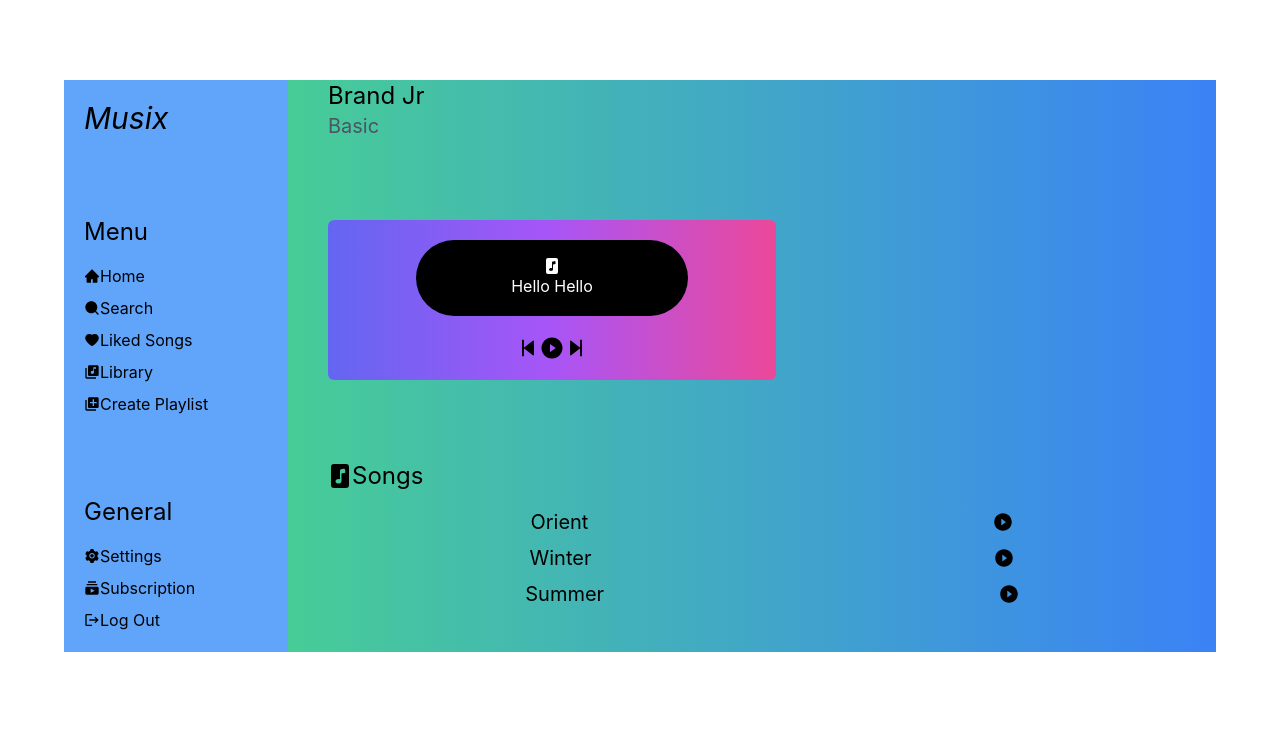
Repository: brandford7/music-player
Page: /
These files come from the project's save history. The page is drawn as it stood at one moment and after the next save; the edit follows.
The browser window is 1280 px wide. The pictures show the whole page.
The project was rebuilt for these pictures with package versions that can differ from the ones it lists, and the page was loaded fresh each time. The framework's server and built-in components were replaced by stand-ins that run in the browser. Also part of the build but not shown: next.config.js.

Above is the page before, as saved 2022-11-18 13:06:35.

After the next save:
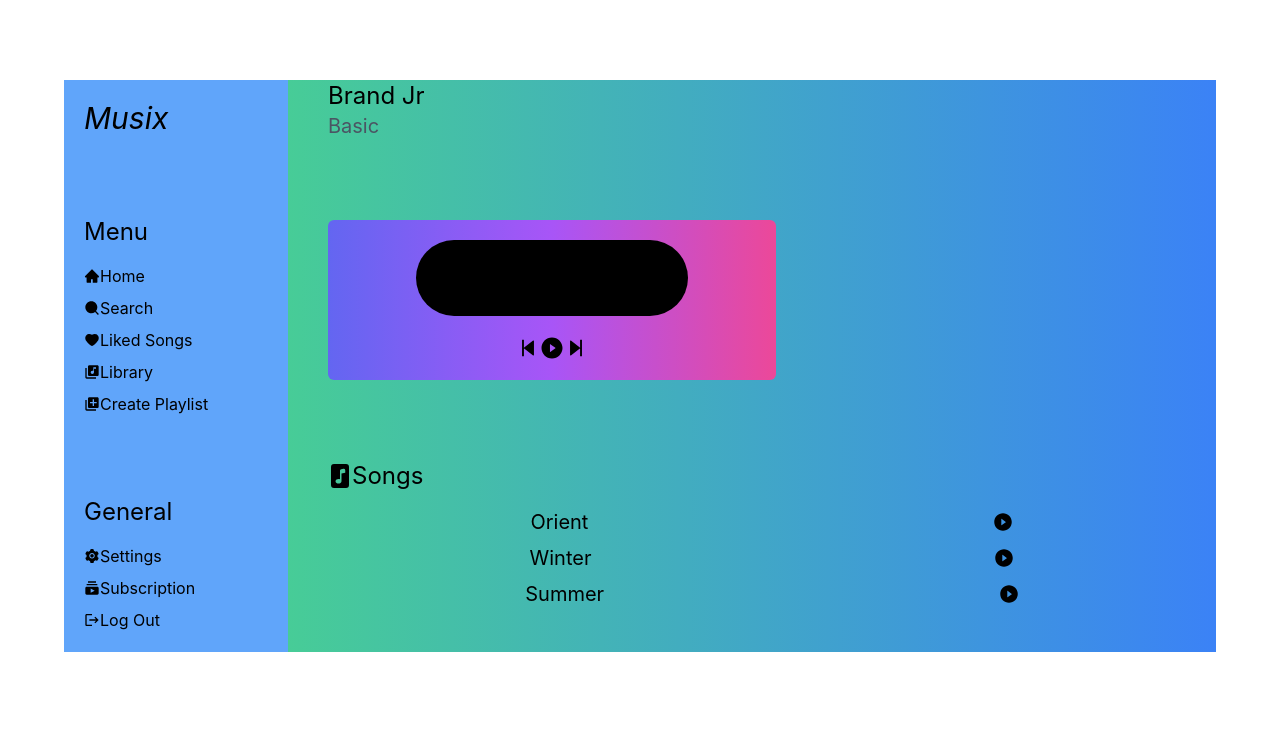
Saved 16 s later.
--- a/components/MusicCard.jsx
+++ b/components/MusicCard.jsx
@@ -10,7 +10,7 @@ import {
 const MusicCard = ({ title }) => {
   return (
     <div className=" flex flex-col items-center space-y-5 p-5 max-w-md rounded-md h-40 w-4/5 bg-gradient-to-r from-indigo-500 via-purple-500 to-pink-500">
-      <section className="flex flex-col items-center justify-center space-y-2 rounded-full h-3/4 w-2/3 bg-black text-white">
+      <section className="flex flex-col items-center justify-center space-y-2 rounded-full h-3/4 w-2/3 bg-black text-white-xl">
        < BsFillFileMusicFill/>
               {title}
       </section>
